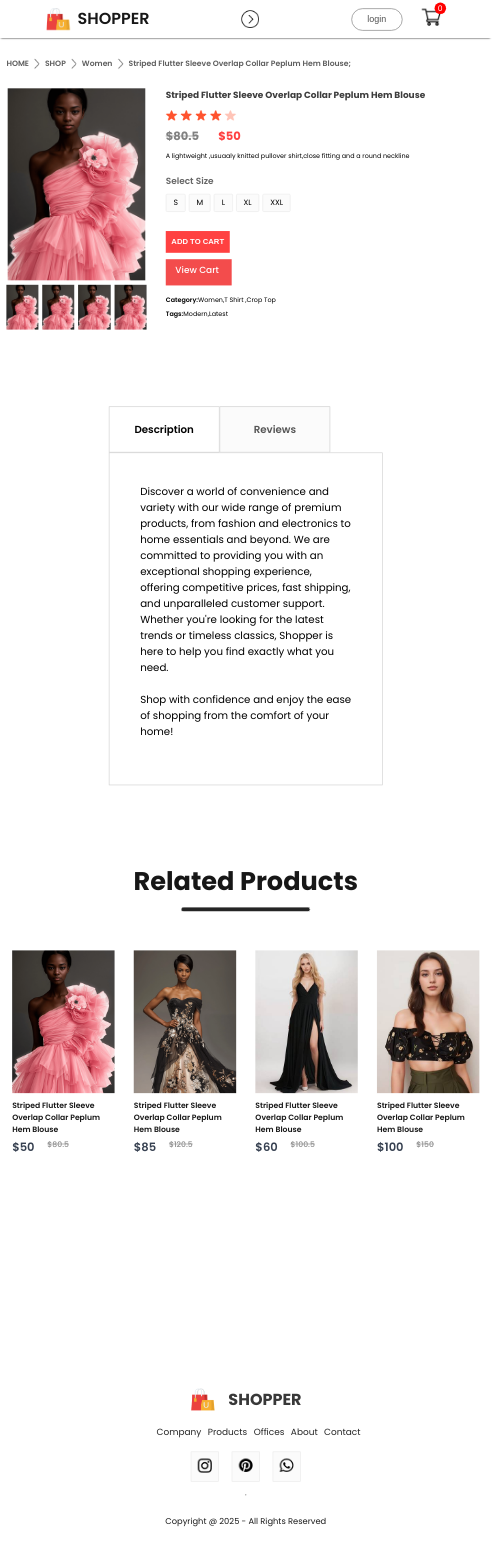
Repository: PayalJakhar/Shoppers-E-commerce-Website
Page: /product/1 (app in frontend/)
An editor plug-in stored every save of this project. The page is shown before and after the next save, followed by the edit.
The browser window is 768 px wide. The pictures show the whole page, at 64% of full size.
The project was rebuilt for these pictures with package versions that can differ from the ones it lists, and the page was loaded fresh each time. Also part of the build but not shown: frontend/src/App.css, frontend/src/Components/Hero/Hero.css, frontend/src/Components/Hero/Hero.jsx, frontend/src/Components/Popular/Popular.css, frontend/src/Components/Popular/Popular.jsx, frontend/src/Components/Offers/Offers.css, frontend/src/Components/Offers/Offers.jsx, frontend/src/Components/NewCollections/NewCollections.css and 12 more.

Above is the page before, as saved 2025-01-17 19:12:42.

After the next save:
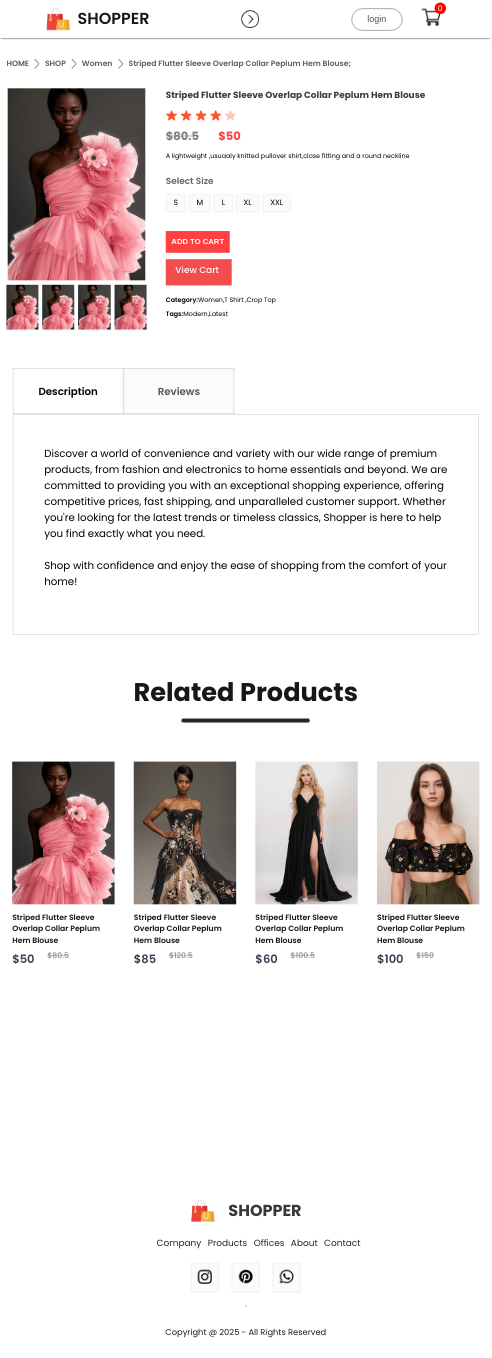
Saved 78 s later.
--- a/frontend/src/Components/DescriptionBox/DescriptionBox.css
+++ b/frontend/src/Components/DescriptionBox/DescriptionBox.css
@@ -29,3 +29,31 @@
     padding: 48px;
     padding-bottom: 70px;
 }
+
+@media(max-width:1280px)
+
+{
+
+.descriptionbox{
+
+margin: 60px;
+
+}
+
+}
+
+@media(max-width:800px)
+
+{
+
+.descriptionbox{
+
+margin: 60px 20px;
+
+} I descriptionbox-description{
+
+font-size: 14px;
+
+}
+
+}
